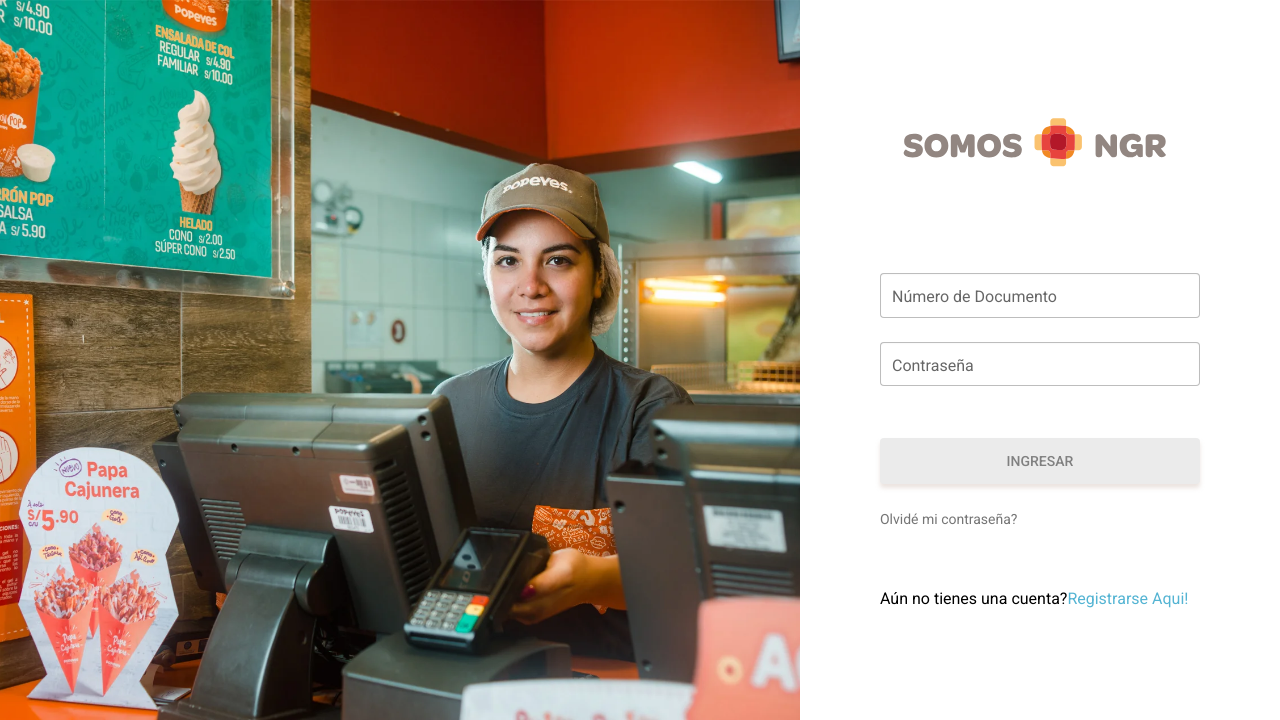
Repository: igmeMarcial/ProyectoLP-2023
Page: http://localhost/proyectoLP_2023/
The author's editor kept a copy of each file at every save. The page is drawn from the files as they stood at one save, then again after the next save.
The browser window is 1280 px wide. The pictures show the whole page.
Some web libraries are served in a nearby version. The page is served by Tomcat 9. Other server files are loaded and not shown.

Above is the page before, as saved 2023-03-18 17:56:44.

### proyectoLP_2023/WebContent/index.jsp
<%@ page language="java" contentType="text/html; charset=ISO-8859-1"
    pageEncoding="ISO-8859-1"%>
<!DOCTYPE html PUBLIC "-//W3C//DTD HTML 4.01 Transitional//EN" "http://www.w3.org/TR/html4/loose.dtd">
<html>
<head>
<meta http-equiv="Content-Type" content="text/html; charset=ISO-8859-1">
<!-- Font Awesome -->
<link
  href="https://cdnjs.cloudflare.com/ajax/libs/font-awesome/6.0.0/css/all.min.css"
  rel="stylesheet"
/>
<!-- Google Fonts -->
<link
  href="https://fonts.googleapis.com/css?family=Roboto:300,400,500,700&display=swap"
  rel="stylesheet"
/>
<link
  href="https://cdnjs.cloudflare.com/ajax/libs/mdb-ui-kit/6.2.0/mdb.min.css"
  rel="stylesheet"
/>
<title>Insert title here</title>
<link rel="stylesheet" type="text/css" href="./css/login.css" />
</head>
<body>
	<section class="vh-100">
  	<div class="container-fluid p-0">
    <div class="row-login vh-100 ">
	   <div class="w-100 img-login  text-center">
	        <img src="./img/DSC_0005.webp"
	          alt="Login image" class="w-100 vh-100" style="object-fit: cover; object-position: center;">
	   </div>
      <div class="text-black">

        <div class="px-5 text-center mb-5">
          <img alt="logo" class="logo-app mt-4 mb-4  ng-lazyloaded" src="./img/logo-somosngr.svg">
        </div>

        <div class="d-flex align-items-center justify-content-center h-custom-2 px-5  mt-5 pt-5 pt-xl-0  ">

          <form style="width: 20rem;">

            <h3 class="fw-normal mb-3 pb-3" style="letter-spacing: 1px;"></h3>

            <div class="form-outline mb-4">
              <input type="email" id="input-custom" class="form-control form-control-lg " />
              <label class="form-label" for="form2Example18">Número de Documento</label>
            </div>

            <div class="form-outline mb-5">
              <input type="password" id="input-custom" class="form-control form-control-lg nput-custom"" />
              <label class="form-label" for="form2Example28">Contraseña</label>
            </div>

            <div class="pt-1 mb-4">
              <button class="btn  btn-lg btn-block btn-login" type="submit">Ingresar</button>
            </div>

            <p class="small mb-5 pb-lg-2"><a class="text-muted" href="#!">Olvidé mi contraseña?</a></p>
            <p>Aún no tienes una cuenta?<a href="#!" class="link-info">Registrarse Aqui!</a></p>

          </form>

        </div>

      </div>

    </div>
  </div>

</section>

<script
  type="text/javascript"
  src="https://cdnjs.cloudflare.com/ajax/libs/mdb-ui-kit/6.2.0/mdb.min.js"
></script>
</body>
</html>

### proyectoLP_2023/WebContent/css/login.css
.bg-image-vertical {
position: relative;
overflow: hidden;
background-repeat: no-repeat;
background-position: right center;
background-size: auto 100%;
}

@media (min-width: 1025px) {
.h-custom-2 {
height: 100%;
}
}


@media screen and (max-width: 1000px){
.img-login {
    display: none !important;
}
.row-login{
	display: grid;

    align-items: center;
    justify-items: center;
}

.row{
	align-items: center;
    justify-content: center;
}
}


.row-login {
    display: grid;
    align-items: center;
    justify-items: center;
}
@media screen and (min-width: 1000px){
	.row-login{
		grid-template-columns: 1.5fr .9fr;
	}
}
#input-custom{


    color: #a1a4b1!important;

}
#input-custom:focus{
	   border-color: #16ac96;
    box-shadow: inset 0 0 0 1px ##16ac96;
}
.btn-login{
	background: #ebebeb;
    color: grey;
        box-shadow: 0 4px 4px #dac9c180;
            transition: background-color .5s;
}
.btn:hover {
  cursor: pointer;
  color: grey  !important;
   box-shadow: 0 2px 2px #dac9c180;
   background-color: #ebebeb;
 }

### proyectoLP_2023/WebContent/img/logo-somosngr.svg
<svg width="273" height="53" viewBox="0 0 273 53" fill="none" xmlns="http://www.w3.org/2000/svg">
<g clip-path="url(#clip0)">
<path d="M175.779 18.5166H171.647C171.551 17.3772 171.394 16.4728 171.187 16.0078C169.882 13.0112 166.374 11.0696 163.09 10.2827V5.68425C163.09 5.27172 163.01 4.86323 162.854 4.48213C162.698 4.10104 162.469 3.7548 162.18 3.46322C161.892 3.17163 161.549 2.94041 161.172 2.78278C160.796 2.62514 160.392 2.54418 159.984 2.54451H150.414C149.591 2.54451 148.801 2.87522 148.219 3.46396C147.636 4.05271 147.309 4.8513 147.308 5.68425V10.2265C147.929 10.132 148.571 10.0605 149.24 10.0068C148.578 10.0605 147.929 10.132 147.308 10.2265C146.975 10.2776 146.646 10.3313 146.328 10.3977C141.489 11.4196 139.446 13.7597 138.91 18.5166H134.635C133.811 18.5166 133.02 18.8475 132.437 19.4368C131.854 20.026 131.526 20.8252 131.526 21.6588V31.3386C131.526 32.1723 131.854 32.9715 132.437 33.5607C133.02 34.15 133.811 34.4809 134.635 34.4809H138.971C138.971 34.4094 138.958 34.3353 138.951 34.2612C138.951 34.3353 138.951 34.4094 138.971 34.4809C139.512 39.621 143.105 41.5498 147.305 42.2932V47.303C147.306 48.1366 147.634 48.9359 148.217 49.5251C148.8 50.1143 149.59 50.4453 150.414 50.4453H159.981C160.389 50.4453 160.793 50.364 161.17 50.2061C161.547 50.0482 161.889 49.8167 162.178 49.525C162.466 49.2332 162.695 48.8868 162.851 48.5055C163.007 48.1243 163.088 47.7157 163.088 47.303V42.983L163.545 42.9396C168.412 42.4772 170.745 38.829 171.488 34.486H175.779C176.602 34.4854 177.392 34.154 177.974 33.5648C178.556 32.9756 178.883 32.1767 178.883 31.3438V21.6588C178.883 20.8259 178.556 20.027 177.974 19.4378C177.392 18.8486 176.602 18.5172 175.779 18.5166Z" fill="white" stroke="white" stroke-width="20" stroke-miterlimit="10"/>
<path d="M149.543 42.3289C148.785 42.2625 148.028 42.1654 147.308 42.0377V47.0475C147.309 47.8811 147.636 48.6803 148.219 49.2696C148.802 49.8588 149.593 50.1898 150.417 50.1898H159.984C160.392 50.1898 160.796 50.1085 161.173 49.9506C161.549 49.7926 161.892 49.5612 162.18 49.2694C162.469 48.9776 162.698 48.6312 162.854 48.25C163.01 47.8687 163.09 47.4601 163.09 47.0475V42.7275C158.797 43.1285 153.902 42.7862 149.543 42.334" fill="#FAC26F"/>
<path d="M160.014 9.65427C161.05 9.66171 162.082 9.78682 163.09 10.0273V5.42879C163.09 5.01625 163.01 4.60777 162.854 4.22667C162.698 3.84557 162.469 3.49934 162.18 3.20775C161.892 2.91617 161.549 2.68495 161.172 2.52731C160.795 2.36968 160.392 2.28871 159.984 2.28905H150.414C149.591 2.28905 148.801 2.61976 148.219 3.2085C147.636 3.79724 147.309 4.59584 147.308 5.42879V9.97106C151.233 9.37326 156.173 9.65427 160.014 9.65427Z" fill="#FAC26F"/>
<path d="M138.867 18.6698C138.883 18.5319 138.898 18.3965 138.91 18.2611H134.635C133.811 18.2611 133.02 18.5921 132.437 19.1813C131.854 19.7705 131.526 20.5697 131.526 21.4034V31.0832C131.526 31.9168 131.854 32.716 132.437 33.3053C133.02 33.8945 133.811 34.2255 134.635 34.2255H138.971C138.958 34.0952 138.943 33.97 138.933 33.8269C138.428 26.5562 138.521 22.4431 138.867 18.6698Z" fill="#FAC26F"/>
<path d="M175.779 18.2611H171.647C171.96 21.9629 171.75 28.2244 171.766 30.7383C171.772 31.9067 171.678 33.0735 171.485 34.2255H175.779C176.602 34.2248 177.392 33.8934 177.974 33.3042C178.556 32.715 178.883 31.9161 178.883 31.0832V21.4034C178.883 20.5704 178.556 19.7716 177.974 19.1823C177.392 18.5931 176.602 18.2618 175.779 18.2611Z" fill="#FAC26F"/>
<path d="M144.209 18.2611C145.033 18.2611 145.823 17.93 146.406 17.3407C146.988 16.7514 147.316 15.9522 147.316 15.1188V9.97105C146.982 10.0221 146.654 10.0758 146.336 10.1422C141.497 11.1641 139.453 13.5042 138.918 18.2611H144.222H144.209Z" fill="#F18925"/>
<path d="M163.09 15.1187C163.091 15.9515 163.418 16.75 164 17.339C164.582 17.9281 165.371 18.2597 166.194 18.261H171.647C171.551 17.1216 171.394 16.2173 171.187 15.7523C169.882 12.7556 166.374 10.8141 163.09 10.0272V15.1085V15.1187Z" fill="#F18925"/>
<path d="M166.194 34.2254C165.372 34.2274 164.584 34.5585 164.003 35.1463C163.421 35.7342 163.093 36.5309 163.09 37.3626V42.7275L163.547 42.684C168.414 42.2216 170.748 38.5735 171.49 34.2305H166.187L166.194 34.2254Z" fill="#F18925"/>
<path d="M147.308 37.3626C147.308 36.9499 147.228 36.5413 147.071 36.1601C146.915 35.7789 146.686 35.4325 146.398 35.1407C146.11 34.8489 145.767 34.6174 145.39 34.4595C145.013 34.3016 144.609 34.2203 144.201 34.2203H138.971C139.511 39.3604 143.105 41.2892 147.305 42.0326V37.3626H147.308Z" fill="#F18925"/>
<path d="M163.214 28.1656C163.229 30.9503 162.204 33.6991 159.208 33.9853C157.067 34.2152 154.584 34.0415 152.389 33.8141C149.864 33.5842 147.444 32.7743 147.222 29.6729C146.969 26.1295 147.022 24.1241 147.192 22.2898C147.414 19.8347 148.401 18.6442 150.823 18.1307C152.798 17.7322 155.46 17.8957 157.494 17.8957C159.355 17.8957 162.09 18.9176 162.936 20.8668C163.388 21.8351 163.209 26.5664 163.219 28.1656H163.214ZM171.652 18.2712H166.194C165.371 18.2699 164.582 17.9383 164 17.3492C163.418 16.7602 163.091 15.9617 163.09 15.129V10.0272C162.082 9.78332 161.05 9.65478 160.014 9.64399C156.173 9.64399 151.233 9.36297 147.308 9.96077V15.1085C147.308 15.5212 147.228 15.9298 147.071 16.311C146.915 16.6923 146.686 17.0387 146.398 17.3304C146.11 17.6222 145.767 17.8537 145.39 18.0116C145.013 18.1695 144.609 18.2508 144.201 18.2508H138.905C138.905 18.3862 138.878 18.5216 138.862 18.6596C138.519 22.4303 138.413 26.5459 138.928 33.8166C138.928 33.9546 138.953 34.0849 138.966 34.2152H144.209C145.033 34.2152 145.823 34.5462 146.406 35.1355C146.988 35.7248 147.315 36.5241 147.315 37.3575V42.0377C148.048 42.1654 148.795 42.2625 149.551 42.3289C153.91 42.7811 158.804 43.1235 163.098 42.7224V37.3626C163.098 36.5296 163.426 35.7309 164.007 35.1414C164.589 34.5519 165.378 34.2198 166.202 34.2177H171.505C171.697 33.0656 171.789 31.8988 171.781 30.7306C171.766 28.2218 171.975 21.9551 171.662 18.2534" fill="#E7443E"/>
<path d="M162.931 20.8566C162.085 18.915 159.347 17.8855 157.489 17.8855C155.455 17.8855 152.793 17.722 150.818 18.1205C148.394 18.6315 147.411 19.8245 147.187 22.2796C147.017 24.1139 146.967 26.1116 147.217 29.6627C147.439 32.7641 149.849 33.574 152.384 33.8039C154.584 34.0312 157.067 34.205 159.203 33.975C162.191 33.6889 163.224 30.94 163.209 28.158C163.209 26.5562 163.378 21.8248 162.926 20.8566" fill="#B31829"/>
</g>
<path d="M9.695 41.49C16.52 41.49 19.915 38.725 19.915 33.79C19.915 29.625 16.52 27.7 12.075 26.72C9.695 26.195 7.875 26.3 7.875 25.005C7.875 23.85 8.89 23.22 10.92 23.22C13.055 23.22 15.4 24.27 16.905 25.67C17.045 25.81 19.39 24.13 19.39 22.17C19.39 19.93 16.8 17.865 10.85 17.865C4.62 17.865 1.19 20.77 1.19 25.39C1.19 30.115 5.005 31.69 8.785 32.46C11.025 32.95 12.845 32.95 12.845 34.35C12.845 35.505 11.83 36.135 9.695 36.135C7.28 36.135 4.445 34.84 2.975 33.51C2.765 33.335 0.665 35.155 0.665 36.835C0.665 39.215 3.045 41.49 9.695 41.49ZM33.3862 41.49C40.3862 41.49 45.3562 36.555 45.3562 29.66C45.3562 22.8 40.3862 17.865 33.4212 17.865C26.4562 17.865 21.4512 22.8 21.4512 29.66C21.4512 36.59 26.4212 41.49 33.3862 41.49ZM33.4212 35.225C30.3762 35.225 28.3812 33.02 28.3812 29.66C28.3812 26.23 30.3412 24.06 33.3862 24.06C36.4312 24.06 38.4262 26.335 38.4262 29.66C38.4262 33.02 36.4312 35.225 33.4212 35.225ZM50.5851 41.175H51.7051C53.7351 41.175 54.4351 40.055 54.4351 37.92V28.505L56.7801 34.875C57.1651 35.785 57.0951 36.59 59.7201 36.59C62.3451 36.59 62.3801 35.75 62.6951 34.875L65.0401 28.225V37.92C65.0401 40.055 65.8801 41.175 67.8051 41.175H68.9251C70.9201 41.175 71.6551 40.055 71.6551 37.92V21.54C71.6551 19.335 70.5351 18.18 68.4351 18.18H66.4751C64.8651 18.18 64.1301 18.53 63.4651 20.07L59.7551 29.135L56.0801 20.07C55.4501 18.635 54.8201 18.18 52.9651 18.18H50.9701C48.9401 18.18 47.8201 19.335 47.8201 21.54V37.92C47.8201 40.055 48.6251 41.175 50.5851 41.175ZM86.0913 41.49C93.0913 41.49 98.0613 36.555 98.0613 29.66C98.0613 22.8 93.0913 17.865 86.1263 17.865C79.1613 17.865 74.1563 22.8 74.1563 29.66C74.1563 36.59 79.1263 41.49 86.0913 41.49ZM86.1263 35.225C83.0813 35.225 81.0863 33.02 81.0863 29.66C81.0863 26.23 83.0463 24.06 86.0913 24.06C89.1363 24.06 91.1313 26.335 91.1313 29.66C91.1313 33.02 89.1363 35.225 86.1263 35.225ZM108.645 41.49C115.47 41.49 118.865 38.725 118.865 33.79C118.865 29.625 115.47 27.7 111.025 26.72C108.645 26.195 106.825 26.3 106.825 25.005C106.825 23.85 107.84 23.22 109.87 23.22C112.005 23.22 114.35 24.27 115.855 25.67C115.995 25.81 118.34 24.13 118.34 22.17C118.34 19.93 115.75 17.865 109.8 17.865C103.57 17.865 100.14 20.77 100.14 25.39C100.14 30.115 103.955 31.69 107.735 32.46C109.975 32.95 111.795 32.95 111.795 34.35C111.795 35.505 110.78 36.135 108.645 36.135C106.23 36.135 103.395 34.84 101.925 33.51C101.715 33.335 99.6152 35.155 99.6152 36.835C99.6152 39.215 101.995 41.49 108.645 41.49Z" fill="#928681"/>
<path d="M195.55 41.175H196.145C198.14 41.175 199.19 40.055 199.19 37.92V28.89L207.485 39.635C208.43 40.755 208.92 41.175 210.6 41.175H211.16C212.91 41.175 213.995 40.09 213.995 37.92V21.435C213.995 19.3 212.98 18.18 211.055 18.18H210.46C208.43 18.18 207.415 19.3 207.415 21.435V30.395L199.295 19.825C198.315 18.67 197.79 18.18 196.145 18.18H195.48C193.66 18.18 192.575 19.265 192.575 21.435V37.92C192.575 40.055 193.59 41.175 195.55 41.175ZM233.984 38.48C234.544 40.615 236.049 41.175 237.449 41.175C238.709 41.175 239.794 40.685 239.794 40.475V30.99C239.829 28.96 239.409 28.015 237.379 28.015H231.219C229.014 28.015 227.929 28.435 227.929 30.43V30.745C227.929 32.67 229.014 33.16 231.219 33.16H233.564C233.214 34.98 231.604 36.135 229.119 36.135C225.969 36.135 223.694 33.72 223.694 30.01C223.694 26.335 226.214 23.85 229.434 23.85C231.429 23.85 233.249 24.725 234.474 26.265C234.649 26.51 237.974 25.635 237.974 23.115C237.974 20.105 234.684 17.865 229.014 17.865C221.559 17.865 216.624 22.8 216.624 29.66C216.624 36.45 220.859 41.35 227.404 41.35C230.554 41.35 232.759 40.23 233.984 38.48ZM249.578 28.96V23.675H252.448C254.653 23.675 255.668 24.585 255.668 26.335C255.668 28.015 254.618 28.96 252.518 28.96H249.578ZM257.803 32.425C261.023 31.515 262.703 29.1 262.703 25.81C262.703 20.945 259.553 18.355 253.253 18.355H246.253C243.943 18.355 242.648 19.72 242.648 22.275V37.115C242.648 39.67 243.698 41.175 245.623 41.175H246.603C248.633 41.175 249.683 40.02 249.683 37.92V33.965H250.978L254.163 38.2C255.633 40.23 256.718 41.175 258.888 41.175C261.898 41.175 263.123 39.04 262.913 38.76L257.803 32.425Z" fill="#928681"/>
<defs>
<clipPath id="clip0">
<rect width="118" height="53" fill="white" transform="translate(129)"/>
</clipPath>
</defs>
</svg>

After the next save:
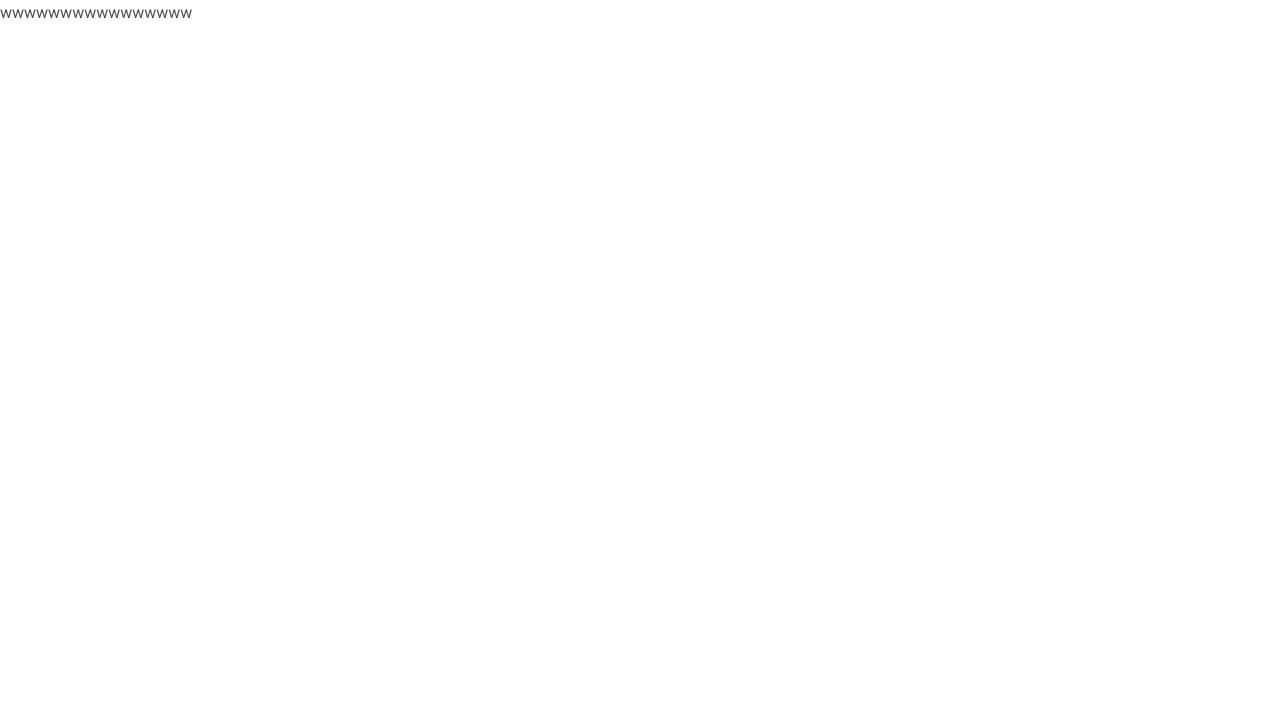
Saved 35 s later.
--- a/proyectoLP_2023/WebContent/index.jsp
+++ b/proyectoLP_2023/WebContent/index.jsp
@@ -22,52 +22,7 @@
 <link rel="stylesheet" type="text/css" href="./css/login.css" />
 </head>
 <body>
-	<section class="vh-100">
-  	<div class="container-fluid p-0">
-    <div class="row-login vh-100 ">
-	   <div class="w-100 img-login  text-center">
-	        <img src="./img/DSC_0005.webp"
-	          alt="Login image" class="w-100 vh-100" style="object-fit: cover; object-position: center;">
-	   </div>
-      <div class="text-black">
-
-        <div class="px-5 text-center mb-5">
-          <img alt="logo" class="logo-app mt-4 mb-4  ng-lazyloaded" src="./img/logo-somosngr.svg">
-        </div>
-
-        <div class="d-flex align-items-center justify-content-center h-custom-2 px-5  mt-5 pt-5 pt-xl-0  ">
-
-          <form style="width: 20rem;">
-
-            <h3 class="fw-normal mb-3 pb-3" style="letter-spacing: 1px;"></h3>
-
-            <div class="form-outline mb-4">
-              <input type="email" id="input-custom" class="form-control form-control-lg " />
-              <label class="form-label" for="form2Example18">Número de Documento</label>
-            </div>
-
-            <div class="form-outline mb-5">
-              <input type="password" id="input-custom" class="form-control form-control-lg nput-custom"" />
-              <label class="form-label" for="form2Example28">Contraseña</label>
-            </div>
-
-            <div class="pt-1 mb-4">
-              <button class="btn  btn-lg btn-block btn-login" type="submit">Ingresar</button>
-            </div>
-
-            <p class="small mb-5 pb-lg-2"><a class="text-muted" href="#!">Olvidé mi contraseña?</a></p>
-            <p>Aún no tienes una cuenta?<a href="#!" class="link-info">Registrarse Aqui!</a></p>
-
-          </form>
-
-        </div>
-
-      </div>
-
-    </div>
-  </div>
-
-</section>
+wwwwwwwwwwwwwwww
 
 <script
   type="text/javascript"

After the save that followed:
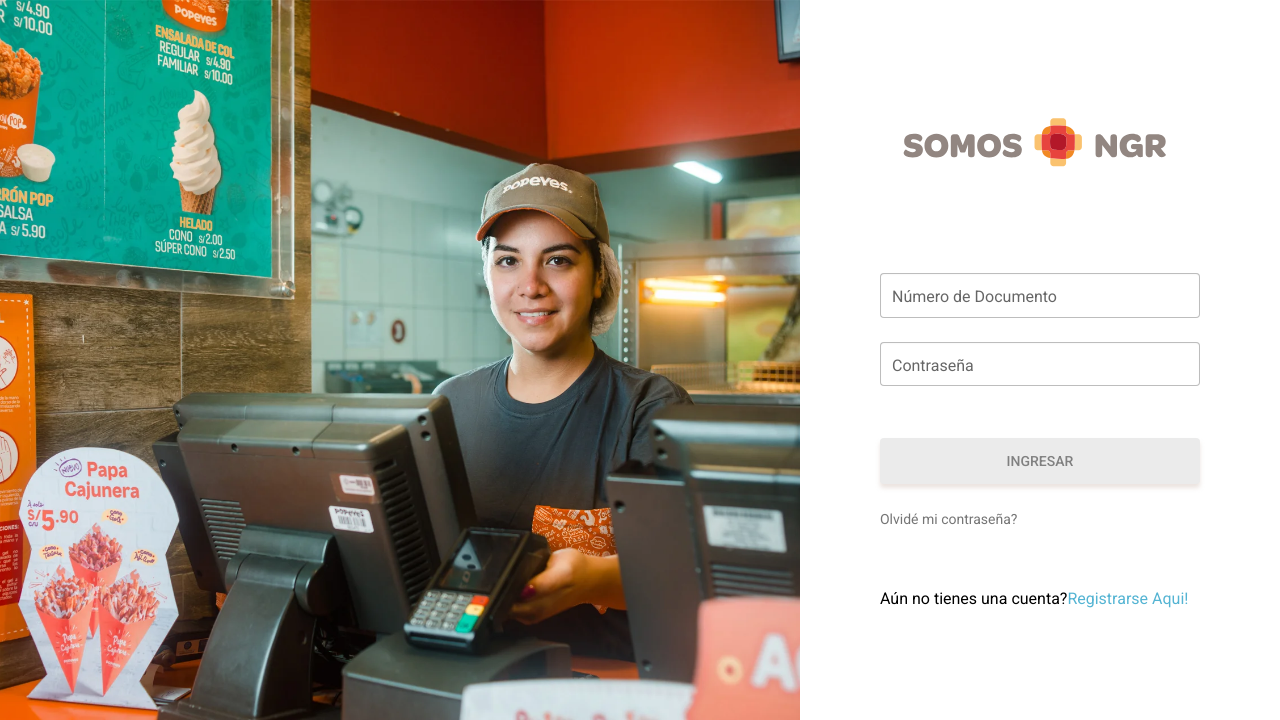
Saved 16 s later.
--- a/proyectoLP_2023/WebContent/index.jsp
+++ b/proyectoLP_2023/WebContent/index.jsp
@@ -22,7 +22,52 @@
 <link rel="stylesheet" type="text/css" href="./css/login.css" />
 </head>
 <body>
-wwwwwwwwwwwwwwww
+	<section class="vh-100">
+  	<div class="container-fluid p-0">
+    <div class="row-login vh-100 ">
+	   <div class="w-100 img-login  text-center">
+	        <img src="./img/DSC_0005.webp"
+	          alt="Login image" class="w-100 vh-100" style="object-fit: cover; object-position: center;">
+	   </div>
+      <div class="text-black">
+
+        <div class="px-5 text-center mb-5">
+          <img alt="logo" class="logo-app mt-4 mb-4  ng-lazyloaded" src="./img/logo-somosngr.svg">
+        </div>
+
+        <div class="d-flex align-items-center justify-content-center h-custom-2 px-5  mt-5 pt-5 pt-xl-0  ">
+
+          <form style="width: 20rem;">
+
+            <h3 class="fw-normal mb-3 pb-3" style="letter-spacing: 1px;"></h3>
+
+            <div class="form-outline mb-4">
+              <input type="email" id="input-custom" class="form-control form-control-lg " />
+              <label class="form-label" for="form2Example18">Número de Documento</label>
+            </div>
+
+            <div class="form-outline mb-5">
+              <input type="password" id="input-custom" class="form-control form-control-lg nput-custom"" />
+              <label class="form-label" for="form2Example28">Contraseña</label>
+            </div>
+
+            <div class="pt-1 mb-4">
+              <button class="btn  btn-lg btn-block btn-login" type="submit">Ingresar</button>
+            </div>
+
+            <p class="small mb-5 pb-lg-2"><a class="text-muted" href="#!">Olvidé mi contraseña?</a></p>
+            <p>Aún no tienes una cuenta?<a href="#!" class="link-info">Registrarse Aqui!</a></p>
+
+          </form>
+
+        </div>
+
+      </div>
+
+    </div>
+  </div>
+
+</section>
 
 <script
   type="text/javascript"
